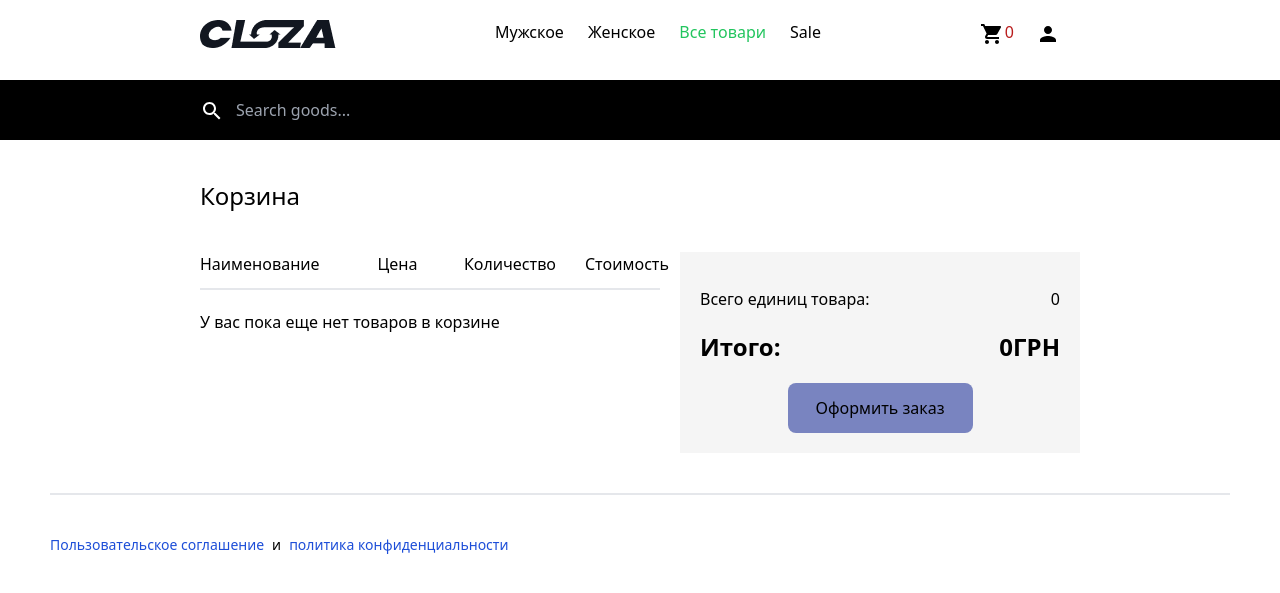
Repository: Ivan-Dovgoniuk/clothes-shop-front-end
Page: /cart
The author's editor kept a copy of each file at every save. The page is drawn from the files as they stood at one save, then again after the next save.
The browser window is 1280 px wide. The pictures show the whole page.
The page's requests for data from a server got no answer. The project was rebuilt for these pictures with package versions that can differ from the ones it lists, and the page was loaded fresh each time. No one was signed in, and anything a server would have sent is missing. Also part of the build but not shown: src/hooks/checkProductStatus.hook.ts, src/hooks/productStatusEditor.hook.ts, src/Components/ProductItem/ProductItem.tsx, src/Pages/ProductPage/components/Products/Products.tsx, src/Pages/CategoriesPage/components/ResetButton/ResetButton.tsx, src/Pages/CategoriesPage/components/SideBarFilters/Filters/CategoryFilter.tsx, src/Pages/CategoriesPage/components/SideBarFilters/Filters/ColorFilter.tsx, src/Pages/CategoriesPage/components/SideBarFilters/Filters/PriceFilter.tsx and 22 more.

Above is the page before, as saved 2023-01-18 21:53:15.

After the next save:
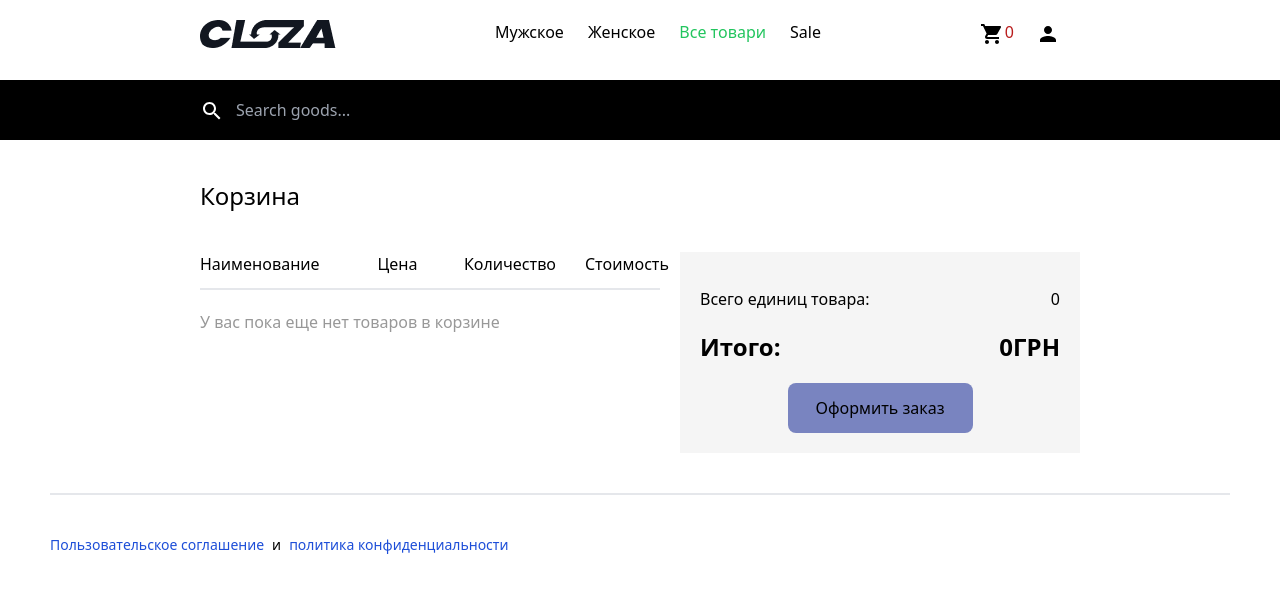
Saved 35 s later.
--- a/src/Pages/CartPage/Cart.tsx
+++ b/src/Pages/CartPage/Cart.tsx
@@ -44,7 +44,7 @@ export default function Cart() {
                                 }
                             })
                             :
-                            <p className={'text-opacity-1'}>У вас пока еще нет товаров в корзине</p>
+                            <p className={'text-[#989898]'}>У вас пока еще нет товаров в корзине</p>
                         }
                     </div>
                 </div>
